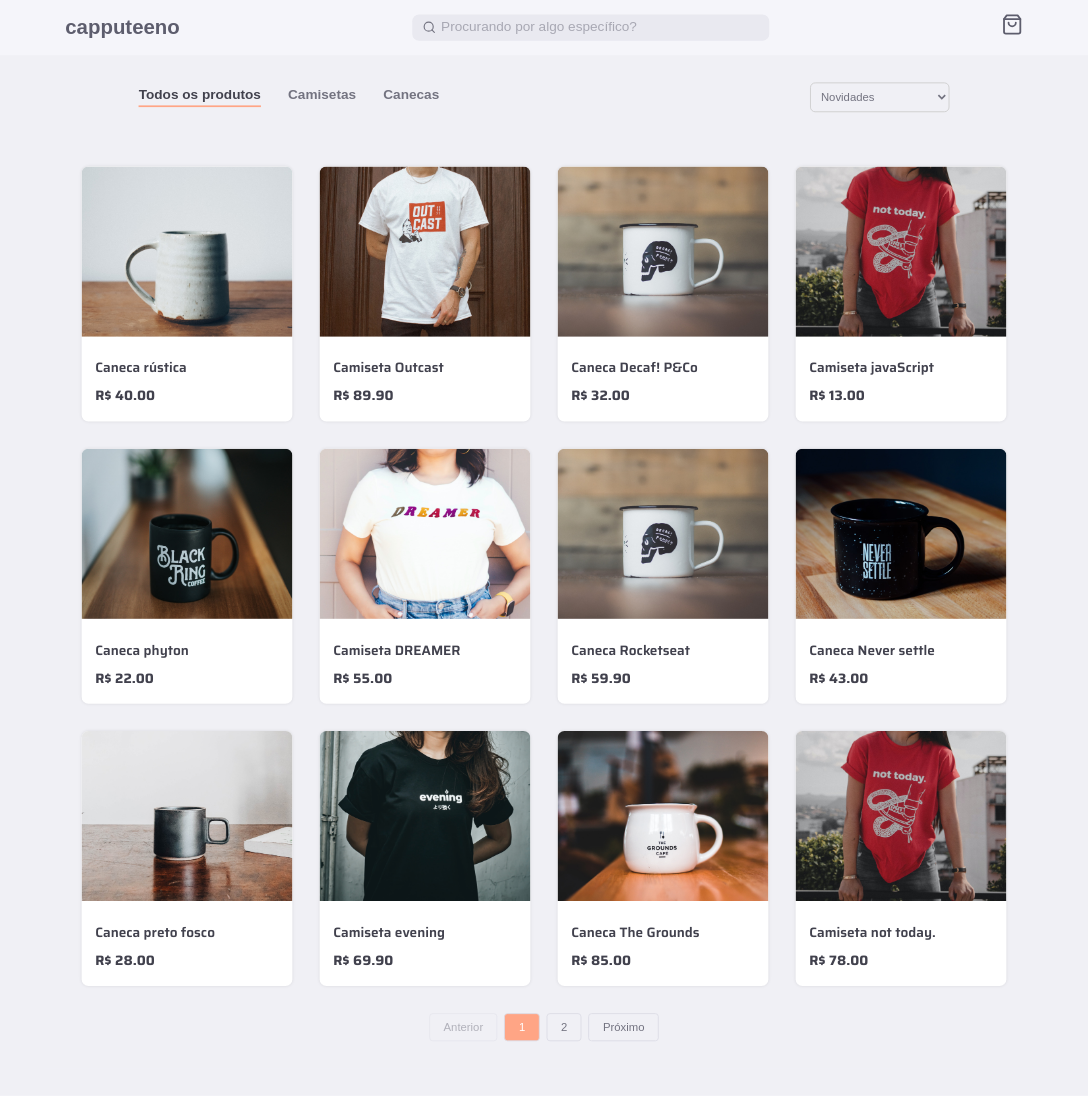
Repository: Biel-barbosa/capputeenoecomerce
Page: /
An editor plug-in stored every save of this project. The page is shown before and after the next save, followed by the edit.
The browser window is 1280 px wide. The pictures show the whole page, at 85% of full size.
Some web fonts or font styles are not loaded; a fallback is used. The project was rebuilt for these pictures with package versions that can differ from the ones it lists, and the page was loaded fresh each time. The framework's server and built-in components were replaced by stand-ins that run in the browser. Also part of the build but not shown: next.config.ts.

Above is the page before, as saved 2025-04-25 16:02:56.

### src/app/layout.tsx
import type { Metadata } from "next";
import { Geist, Geist_Mono } from "next/font/google";
import { Saira, Saira_Stencil_One } from 'next/font/google';
import "./globals.css";
import ClientProviders from "@/components/ClientProviders";

const saira = Saira({
  subsets: ['latin'],
  weight: ['400', '600', '700'],
  variable: '--font-saira',
});

const sairaStencilOne = Saira_Stencil_One({
  subsets: ['latin'],
  weight: ['400'],
  variable: '--font-saira-stencil',
});

const geistSans = Geist({
  variable: "--font-geist-sans",
  subsets: ["latin"],
});

const geistMono = Geist_Mono({
  variable: "--font-geist-mono",
  subsets: ["latin"],
});

export const metadata: Metadata = {
  title: "Capputeeno",
  description: "Loja de tecnologia minimalista",
};

export default function RootLayout({
  children,
}: Readonly<{
  children: React.ReactNode;
}>) {
  return (
    <html lang="pt-br" className={`${saira.variable} ${sairaStencilOne.variable} ${geistSans.variable} ${geistMono.variable}`}>
      <body>
        <ClientProviders>
          {children}
        </ClientProviders>
      </body>
    </html>
  );
}

### src/app/page.tsx
'use client';

import { useState, useMemo } from 'react';
import styled from 'styled-components';
import Header from '../components/Header';
import { products as allProducts } from '../data/products';
import ProductsList from '@/components/ProductsList';

const Container = styled.main`
  width: 100%;
  padding: 2rem 4vw;
  background-color: #f0f0f5;
  min-height: 100vh;
  box-sizing: border-box;

  @media (max-width: 1024px) {
    padding: 2rem 3vw;
  }

  @media (max-width: 768px) {
    padding: 1.5rem 2vw;
  }

  @media (max-width: 480px) {
    padding: 1rem 2vw;
  }
`;

const FiltersWrapper = styled.div`
  display: flex;
  justify-content: space-between;
  align-items: center;
  flex-wrap: wrap;
  margin-bottom: 2rem;
  padding: 0 7rem; /* Ajuste para o desktop, 5rem é mais equilibrado */

  @media (max-width: 768px) {
    flex-direction: column;
    gap: 1rem;
    padding: 0 1rem; /* Menos padding no mobile para evitar quebra de layout */
  }
`;

const Categories = styled.div`
  display: flex;
  gap: 2rem;

  button {
    background: none;
    border: none;
    font-weight: 600;
    font-size: 1rem;
    cursor: pointer;
    border-bottom: 2px solid transparent;
    padding-bottom: 4px;
    transition: 0.2s;
    color: #737380;

    &.active {
      color: #41414d;
      border-color: #ffa585;
    }
  }

  @media (max-width: 768px) {
    gap: 1rem;
    justify-content: center;
  }
`;

const SortSelect = styled.select`
  background: #f0f0f5;
  color: #737380;
  padding: 0.5rem;
  border-radius: 6px;
  border: 1px solid #ccc;

  @media (max-width: 768px) {
    width: 100%;
  }
`;

const HomePage = () => {
  const [category, setCategory] = useState('all');
  const [searchTerm, setSearchTerm] = useState('');
  const [sortOption, setSortOption] = useState('newest');
  const [currentPage, setCurrentPage] = useState(1);

  const itemsPerPage = 12;

  const filteredProducts = useMemo(() => {
    let products = allProducts.filter((product) => {
      const matchesCategory = category === 'all' || product.category === category;
      const matchesSearch = product.title.toLowerCase().includes(searchTerm.toLowerCase());
      return matchesCategory && matchesSearch;
    });

    if (sortOption === 'price-asc') {
      products = products.sort((a, b) => a.price - b.price);
    } else if (sortOption === 'price-desc') {
      products = products.sort((a, b) => b.price - a.price);
    } else if (sortOption === 'bestsellers') {
      products = products.sort((a, b) => b.sales - a.sales);
    } else {
      products = products.sort((a, b) => new Date(b.createdAt).getTime() - new Date(a.createdAt).getTime());
    }

    return products;
  }, [category, searchTerm, sortOption]);

  const totalPages = Math.ceil(filteredProducts.length / itemsPerPage);
  const paginatedProducts = filteredProducts.slice(
    (currentPage - 1) * itemsPerPage,
    currentPage * itemsPerPage
  );

  return (
    <>
      <Header onSearch={setSearchTerm} />
      <Container>
        <FiltersWrapper>
          <Categories>
            {['all', 't-shirts', 'mugs'].map((cat) => (
              <button
                key={cat}
                className={category === cat ? 'active' : ''}
                onClick={() => {
                  setCategory(cat);
                  setCurrentPage(1);
                }}
              >
                {cat === 'all' ? 'Todos os produtos' : cat === 't-shirts' ? 'Camisetas' : 'Canecas'}
              </button>
            ))}
          </Categories>

          <SortSelect
            value={sortOption}
            onChange={(e) => {
              setSortOption(e.target.value);
              setCurrentPage(1);
            }}
          >
            <option value="newest">Novidades</option>
            <option value="price-desc">Preço: Maior - menor</option>
            <option value="price-asc">Preço: Menor - maior</option>
            <option value="bestsellers">Mais vendidos</option>
          </SortSelect>
        </FiltersWrapper>

        <ProductsList
          products={paginatedProducts}
          currentPage={currentPage}
          totalPages={totalPages}
          onPageChange={setCurrentPage}
        />
      </Container>
    </>
  );
};

export default HomePage;

### src/app/api/products/[id]/route.ts
import { NextResponse } from 'next/server';
import { getProductById } from '@/data/products';

export async function GET(
    request: Request,
    context: { params: { id: string } }
) {
    const { id } = await context.params;

    const product = getProductById(id);

    if (!product) {
        return NextResponse.json(
            { message: 'Produto não encontrado' },
            { status: 404 }
        );
    }

    return NextResponse.json(product);
}

### src/pages/api/products/[id].ts
import { NextApiRequest, NextApiResponse } from 'next';
import { products } from '@/data/products';

export default function handler(req: NextApiRequest, res: NextApiResponse) {
  const {
    query: { id },
  } = req;

  const product = products.find((p) => p.id === id);

  if (!product) {
    return res.status(404).json({ error: 'Produto não encontrado' });
  }

  // Converter a data para string ISO
  const productWithDate = {
    ...product,
    createdAt: product.createdAt instanceof Date ? product.createdAt.toISOString() : product.createdAt,
  };

  res.status(200).json(productWithDate);
}

### src/pages/api/products/[productId].ts
import { NextApiRequest, NextApiResponse } from 'next';
import { products } from '@/data/products';

export default function handler(req: NextApiRequest, res: NextApiResponse) {
  const {
    query: { id },
  } = req;

  const product = products.find((p) => p.id === id);

  if (!product) {
    return res.status(404).json({ error: 'Produto não encontrado' });
  }

  const productWithDate = {
    ...product,
    createdAt: product.createdAt instanceof Date ? product.createdAt.toISOString() : product.createdAt,
  };

  res.status(200).json(productWithDate);
}

### src/components/ClientProviders.tsx
'use client';

import { ReactNode } from 'react';
import GlobalStyle from '@/styles/GlobalStyle';
import { CartProvider } from '@/contexts/CartContexts';

export default function ClientProviders({ children }: { children: ReactNode }) {
    return (
        <>
            <GlobalStyle />
            <CartProvider>
                {children}
            </CartProvider>
        </>
    );
}

### src/components/Header.tsx
'use client';

import styled from 'styled-components';
import { FiShoppingBag, FiSearch } from 'react-icons/fi';
import Link from 'next/link';
import { useCart } from '@/contexts/CartContexts';

type HeaderProps = {
  onSearch?: (value: string) => void;
};

const HeaderContainer = styled.header`
  width: 100%;
  padding: 1rem 6vw;
  background-color: #f5f5fa;
  box-sizing: border-box;
  overflow-x: hidden;
`;

const HeaderContent = styled.div`
  width: 100%;
  max-width: 1140px;
  margin: 0 auto;
  display: flex;
  align-items: center;
  justify-content: space-between;
  gap: 1rem;
  flex-wrap: nowrap;

  @media (max-width: 768px) {
    gap: 0.5rem;
  }
`;

const Logo = styled.h1`
  font-size: 1.5rem;
  font-weight: 600;
  color: #5d5d6d;
  white-space: nowrap;
  font-family: var(--font-logo);

  @media (max-width: 768px) {
    font-size: 1.2rem;
  }
`;

const SearchWrapper = styled.div`
  flex: 1;
  max-width: 420px;
  display: flex;
  align-items: center;
  background: #e9e9f0;
  padding: 0.4rem 0.75rem;
  border-radius: 8px;

  svg {
    font-size: 1rem;
    color: #737380;
    margin-right: 0.4rem;
  }

  @media (max-width: 768px) {
    max-width: 180px;
    flex-shrink: 1;
  }
`;

const SearchInput = styled.input`
  border: none;
  background: transparent;
  flex: 1;
  font-size: 1rem;
  color: #737380;

  &::placeholder {
    color: #a8a8b3;
  }

  &:focus {
    outline: none;
  }

  @media (max-width: 768px) {
    font-size: 0.9rem;

    &::placeholder {
      color: transparent;
    }
  }
`;

const CartButton = styled.button`
  position: relative;
  background: none;
  border: none;
  cursor: pointer;

  svg {
    font-size: 1.6rem;
    color: #5d5d6d;
  }

  @media (max-width: 768px) {
    svg {
      font-size: 1.4rem;
    }
  }
`;

const CartCount = styled.span`
  position: absolute;
  top: -8px;
  right: -8px;
  background-color: #de3838;
  color: white;
  border-radius: 50%;
  font-size: 0.75rem;
  padding: 0.25rem 0.5rem;
  line-height: 1;
`;

const Header = ({ onSearch }: HeaderProps) => {
  const { cartItemCount } = useCart();

  return (
    <HeaderContainer>
      <HeaderContent>
        <Link href="/" passHref>
          <Logo>capputeeno</Logo>
        </Link>

        <SearchWrapper>
          <FiSearch />
          <SearchInput
            type="text"
            placeholder="Procurando por algo específico?"
            onChange={(e) => onSearch?.(e.target.value)}
          />
        </SearchWrapper>

        <Link href="/cart" passHref>
          <CartButton>
            <FiShoppingBag />
            {cartItemCount > 0 && <CartCount>{cartItemCount}</CartCount>}
          </CartButton>
        </Link>
      </HeaderContent>
    </HeaderContainer>
  );
};

export default Header;

### src/data/products.ts
export type Product = {
    id: string;
    title: string;
    image: string;
    price: number;
    category: 't-shirts' | 'mugs';
    description: string;
    createdAt: Date | string;
    sales: number;
};

export const products: Product[] = [
    {
        id: '1',
        title: 'Camiseta not today.',
        image: '/images/Camiseta-not-today.jpg',
        price: 78.0,
        category: 't-shirts',
        description: 'Aqui vem um texto descritivo do produto, esta caixa de texto servirá apenas de exemplo para que simule algum texto que venha a ser inserido nesse campo, descrevendo tal produto.',
        createdAt: new Date('2024-03-01'),
        sales: 30,
    },
    {
        id: '2',
        title: 'Caneca rústica',
        image: '/images/Caneca-ceramica-rustica.jpg',
        price: 40.0,
        category: 'mugs',
        description: 'Aqui vem um texto descritivo do produto, esta caixa de texto servirá apenas de exemplo para que simule algum texto que venha a ser inserido nesse campo, descrevendo tal produto.',
        createdAt: new Date('2024-04-10'),
        sales: 80,
    },
    {
        id: '3',
        title: 'Camiseta Broken Saints',
        image: '/images/Camiseta-broken-saints.jpg',
        price: 58.0,
        category: 't-shirts',
        description: 'Aqui vem um texto descritivo do produto, esta caixa de texto servirá apenas de exemplo para que simule algum texto que venha a ser inserido nesse campo, descrevendo tal produto.',
        createdAt: new Date('2024-01-15'),
        sales: 45,
    },
    {
        id: '4',
        title: 'Caneca Black Ring',
        image: '/images/Caneca-Black-Ring.jpg',
        price: 32.0,
        category: 'mugs',
        description: 'Aqui vem um texto descritivo do produto, esta caixa de texto servirá apenas de exemplo para que simule algum texto que venha a ser inserido nesse campo, descrevendo tal produto.',
        createdAt: new Date('2024-02-20'),
        sales: 60,
    },
    {
        id: '5',
        title: 'Camiseta Outcast',
        image: '/images/Camiseta-outcast.jpg',
        price: 89.9,
        category: 't-shirts',
        description: 'Aqui vem um texto descritivo do produto, esta caixa de texto servirá apenas de exemplo para que simule algum texto que venha a ser inserido nesse campo, descrevendo tal produto.',
        createdAt: new Date('2024-04-05'),
        sales: 50,
    },
    {
        id: '6',
        title: 'Caneca The Grounds',
        image: '/images/Caneca-The-Grounds.jpg',
        price: 85.0,
        category: 'mugs',
        description: 'Aqui vem um texto descritivo do produto, esta caixa de texto servirá apenas de exemplo para que simule algum texto que venha a ser inserido nesse campo, descrevendo tal produto.',
        createdAt: new Date('2024-03-10'),
        sales: 75,
    },
    {
        id: '7',
        title: 'Camiseta evening',
        image: '/images/Camiseta-evening.jpg',
        price: 69.9,
        category: 't-shirts',
        description: 'Aqui vem um texto descritivo do produto, esta caixa de texto servirá apenas de exemplo para que simule algum texto que venha a ser inserido nesse campo, descrevendo tal produto.',
        createdAt: new Date('2024-03-11'),
        sales: 62,
    },
    {
        id: '8',
        title: 'Caneca preto fosco',
        image: '/images/Caneca-preto-fosco.jpg',
        price: 28.0,
        category: 'mugs',
        description: 'Aqui vem um texto descritivo do produto, esta caixa de texto servirá apenas de exemplo para que simule algum texto que venha a ser inserido nesse campo, descrevendo tal produto.',
        createdAt: new Date('2024-03-12'),
        sales: 58,
    },
    {
        id: '9',
        title: 'Caneca Never settle',
        image: '/images/Caneca-Never-settle.jpg',
        price: 43.0,
        category: 'mugs',
        description: 'Aqui vem um texto descritivo do produto, esta caixa de texto servirá apenas de exemplo para que simule algum texto que venha a ser inserido nesse campo, descrevendo tal produto.',
        createdAt: new Date('2024-03-13'),
        sales: 54,
    },
    {
        id: '10',
        title: 'Caneca Rocketseat',
        image: '/images/Caneca-Decaf!-P&Co.jpg',
        price: 59.9,
        category: 'mugs',
        description: 'Aqui vem um texto descritivo do produto, esta caixa de texto servirá apenas de exemplo para que simule algum texto que venha a ser inserido nesse campo, descrevendo tal produto.',
        createdAt: new Date('2024-03-14'),
        sales: 48,
    },
    {
        id: '11',
        title: 'Camiseta DREAMER',
        image: '/images/Camiseta-DREAMER.jpg',
        price: 55.0,
        category: 't-shirts',
        description: 'Aqui vem um texto descritivo do produto, esta caixa de texto servirá apenas de exemplo para que simule algum texto que venha a ser inserido nesse campo, descrevendo tal produto.',
        createdAt: new Date('2024-03-15'),
        sales: 52,
    },
    {
        id: '12',
        title: 'Caneca Decaf! P&Co',
        image: '/images/Caneca-Decaf!-P&Co.jpg',
        price: 32.0,
        category: 'mugs',
        description: 'Aqui vem um texto descritivo do produto, esta caixa de texto servirá apenas de exemplo para que simule algum texto que venha a ser inserido nesse campo, descrevendo tal produto.',
        createdAt: new Date('2024-03-16'),
        sales: 70,
    },
    {
        id: '13',
        title: 'Camiseta javaScript',
        image: '/images/Camiseta-not-today.jpg',
        price: 13.0,
        category: 't-shirts',
        description: 'Aqui vem um texto descritivo do produto, esta caixa de texto servirá apenas de exemplo para que simule algum texto que venha a ser inserido nesse campo, descrevendo tal produto.',
        createdAt: new Date('2024-03-16'),
        sales: 70,
    },
    {
        id: '14',
        title: 'Caneca phyton',
        image: '/images/Caneca-Black-Ring.jpg',
        price: 22.0,
        category: 'mugs',
        description: 'Aqui vem um texto descritivo do produto, esta caixa de texto servirá apenas de exemplo para que simule algum texto que venha a ser inserido nesse campo, descrevendo tal produto.',
        createdAt: new Date('2024-03-16'),
        sales: 70,
    },
];

export function getProductById(id: string) {
    return products.find((product) => product.id === id);
}

### src/components/ProductsList.tsx
'use client';

import styled from 'styled-components';
import { Product } from '@/data/products';
import Link from 'next/link';

type Props = {
  products: Product[];
  currentPage: number;
  totalPages: number;
  onPageChange: (page: number) => void;
};

const Container = styled.main`
  flex: 1;
  background-color: #f0f0f5;
  padding: 2rem;
`;

const ProductsGrid = styled.div`
  display: grid;
  grid-template-columns: repeat(4, 248px);
  gap: 2rem;
  justify-content: center;

  @media (max-width: 1024px) {
    grid-template-columns: repeat(2, 1fr);
  }

  @media (max-width: 600px) {
    grid-template-columns: 1fr;
  }
`;

const ProductCard = styled.div`
  background-color: white;
  border-radius: 8px;
  width: 248px;
  height: 300px;
  box-shadow: 0 0 4px rgba(0, 0, 0, 0.1);
  display: flex;
  flex-direction: column;
  justify-content: space-between;
  overflow: hidden;
  cursor: pointer;
  transition: transform 0.3s ease, box-shadow 0.3s ease;

  &:hover {
    transform: scale(1.05);
    box-shadow: 0 8px 16px rgba(0, 0, 0, 0.15);
  }
`;

const ProductImage = styled.img`
  width: 100%;
  height: 200px;
  object-fit: cover;
  transition: transform 0.3s ease;

  ${ProductCard}:hover & {
    transform: scale(1.1);
  }
`;

const ProductInfo = styled.div`
  padding: 1rem;
  display: flex;
  flex-direction: column;
  justify-content: start;
  height: 156px;
`;

const ProductTitle = styled.h3`
  font-size: 1rem;
  color: #41414d;
  margin: 0.5rem 0;
`;

const ProductPrice = styled.span`
  font-weight: bold;
  color: #41414D;
`;

const PaginationContainer = styled.div`
  display: flex;
  justify-content: center;
  margin-top: 2rem;
  gap: 0.5rem;
`;

const PageButton = styled.button<{ $isActive: boolean }>`
  background: ${({ $isActive }) => ($isActive ? '#FFA585' : 'transparent')};
  border: 1px solid #dcdce5;
  color: ${({ $isActive }) => ($isActive ? '#fff' : '#737380')};
  padding: 0.5rem 1rem;
  border-radius: 4px;
  cursor: pointer;

  &:disabled {
    opacity: 0.5;
    cursor: not-allowed;
  }
`;

const ProductsList = ({ products, currentPage, totalPages, onPageChange }: Props) => {
  return (
    <Container>
      <ProductsGrid>
        {products.map((product) => (
          <Link href={`/product/${product.id}`} passHref key={product.id}>
            <ProductCard>
              <ProductImage src={product.image} alt={product.title} />
              <ProductInfo>
                <ProductTitle>{product.title}</ProductTitle>
                <ProductPrice>R$ {product.price.toFixed(2)}</ProductPrice>
              </ProductInfo>
            </ProductCard>
          </Link>
        ))}
      </ProductsGrid>

      <PaginationContainer>
        <PageButton onClick={() => onPageChange(currentPage - 1)} disabled={currentPage === 1} $isActive={false}>
          Anterior
        </PageButton>

        {[...Array(totalPages)].map((_, index) => {
          const page = index + 1;
          return (
            <PageButton
              key={page}
              onClick={() => onPageChange(page)}
              $isActive={currentPage === page}
            >
              {page}
            </PageButton>
          );
        })}

        <PageButton onClick={() => onPageChange(currentPage + 1)} disabled={currentPage === totalPages} $isActive={false}>
          Próximo
        </PageButton>
      </PaginationContainer>
    </Container>
  );
};

export default ProductsList;

### src/styles/GlobalStyle.ts
import { createGlobalStyle } from 'styled-components';

const GlobalStyle = createGlobalStyle`
  :root {
    --font-body: var(--font-saira);
    --font-logo: var(--font-saira-stencil);
  }

  * {
    margin: 0;
    padding: 0;
    box-sizing: border-box;
  }

  html,
  body {
    font-family: var(--font-body), sans-serif;
    background-color: #f5f5fa;
    color: #121214;
  }

  h1, h2, h3 {
    font-weight: 600;
  }
`;

export default GlobalStyle;

### src/contexts/CartContexts.tsx
'use client';

import React, {
    createContext,
    useContext,
    useState,
    useEffect,
    ReactNode,
} from 'react';
import { Product } from '@/data/products';

export type CartItem = Product & { quantity: number };

export type CartContextType = {
    cart: CartItem[];
    addToCart: (product: Product) => void;
    removeFromCart: (id: string) => void;
    updateCart: (items: CartItem[]) => void;
    cartItemCount: number;
};

export const CartContext = createContext<CartContextType | undefined>(undefined);

export const CartProvider = ({ children }: { children: ReactNode }) => {
    const [cart, setCart] = useState<CartItem[]>([]);

    useEffect(() => {
        const stored = localStorage.getItem('cart');
        if (stored) {
            setCart(JSON.parse(stored));
        }
    }, []);

    const saveCart = (items: CartItem[]) => {
        setCart(items);
        localStorage.setItem('cart', JSON.stringify(items));
    };

    const addToCart = (product: Product) => {
        const existing = cart.find(item => item.id === product.id);

        let updatedCart: CartItem[];

        if (existing) {
            updatedCart = cart.map(item =>
                item.id === product.id
                    ? { ...item, quantity: item.quantity + 1 }
                    : item
            );
        } else {
            updatedCart = [...cart, { ...product, quantity: 1 }];
        }

        saveCart(updatedCart);
    };

    const removeFromCart = (id: string) => {
        const updatedCart = cart.filter(item => item.id !== id);
        saveCart(updatedCart);
    };

    const updateCart = (items: CartItem[]) => {
        saveCart(items);
    };

    const cartItemCount = cart.length;;

    return (
        <CartContext.Provider
            value={{ cart, addToCart, removeFromCart, updateCart, cartItemCount }}
        >
            {children}
        </CartContext.Provider>
    );
};

export const useCart = () => {
    const context = useContext(CartContext);
    if (!context) {
        throw new Error('useCart must be used within a CartProvider');
    }
    return context;
};

Loaded but not shown: src/app/globals.css (common file)

After the next save:
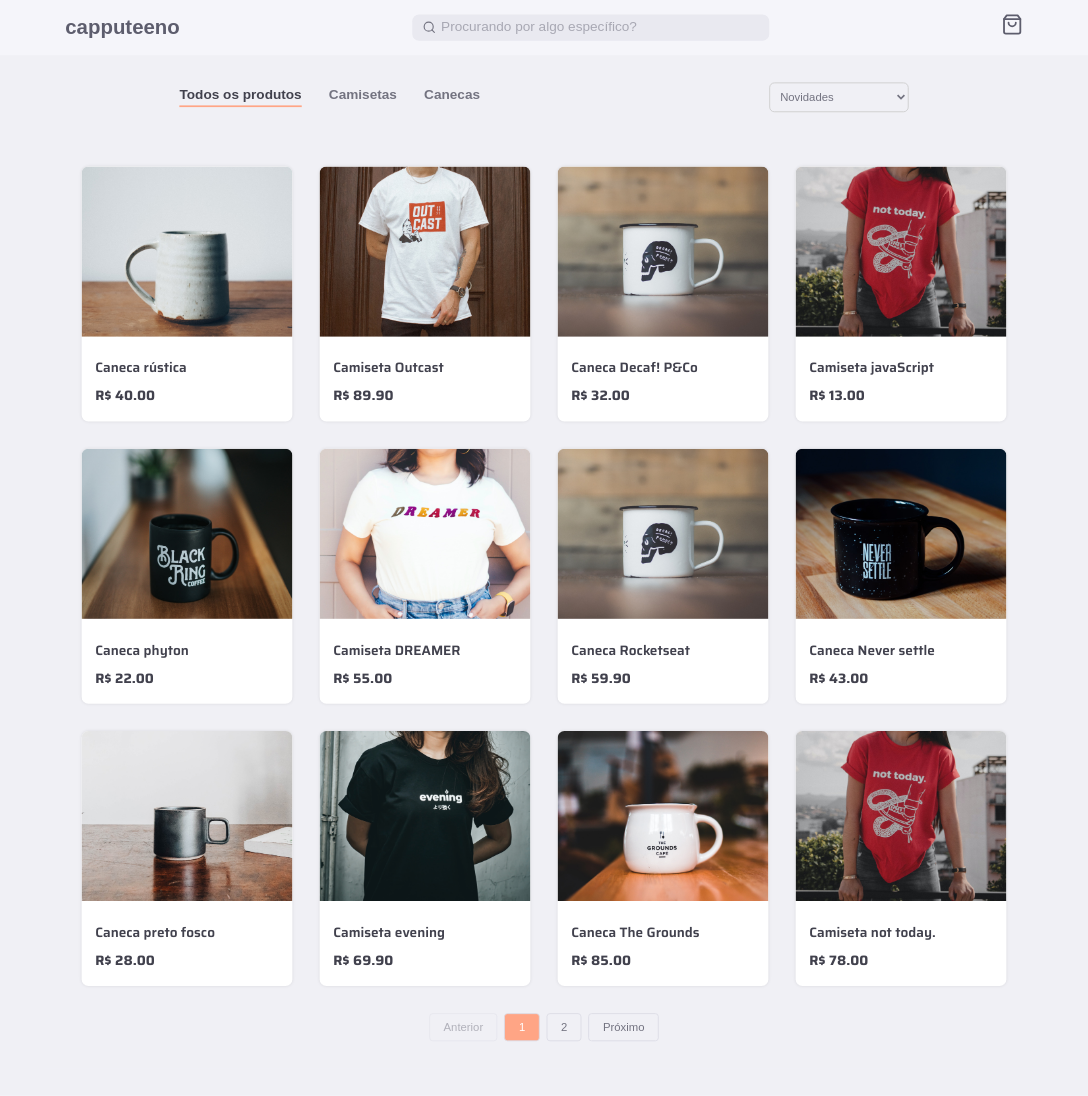
Saved 6 s later.
--- a/src/app/page.tsx
+++ b/src/app/page.tsx
@@ -32,7 +32,7 @@ const FiltersWrapper = styled.div`
   align-items: center;
   flex-wrap: wrap;
   margin-bottom: 2rem;
-  padding: 0 7rem; /* Ajuste para o desktop, 5rem é mais equilibrado */
+  padding: 0 10rem; /* Ajuste para o desktop, 5rem é mais equilibrado */
 
   @media (max-width: 768px) {
     flex-direction: column;
